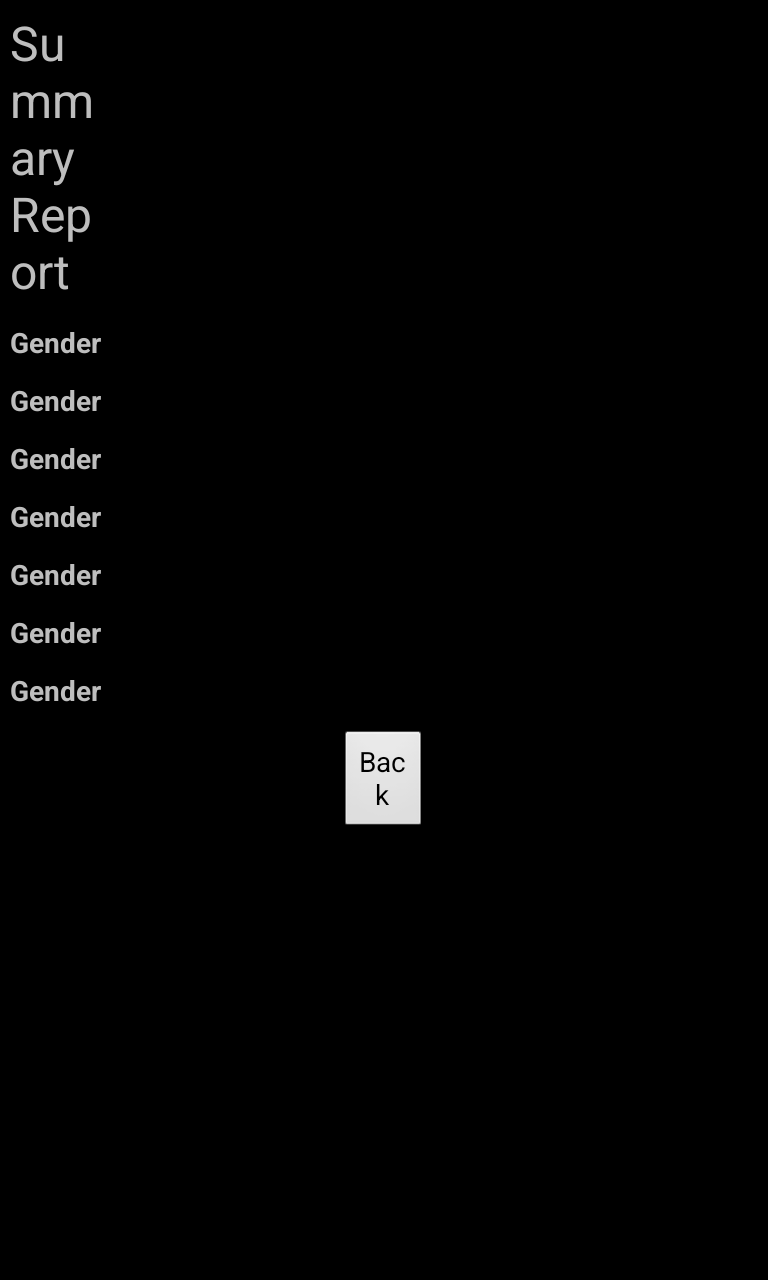
Repository: dillonyoung/CPD4493
Layout: TraCare/res/layout/report.xml
An editor plug-in stored every save of this project. The layout is shown before and after the next save, followed by the edit.
It is drawn on a 768 x 1280 px phone screen (xhdpi) without system bars, with theme android:Theme.Black; the app's code is not run.

Above is the layout before, as saved 2013-04-10 21:37:02.

After the next save:
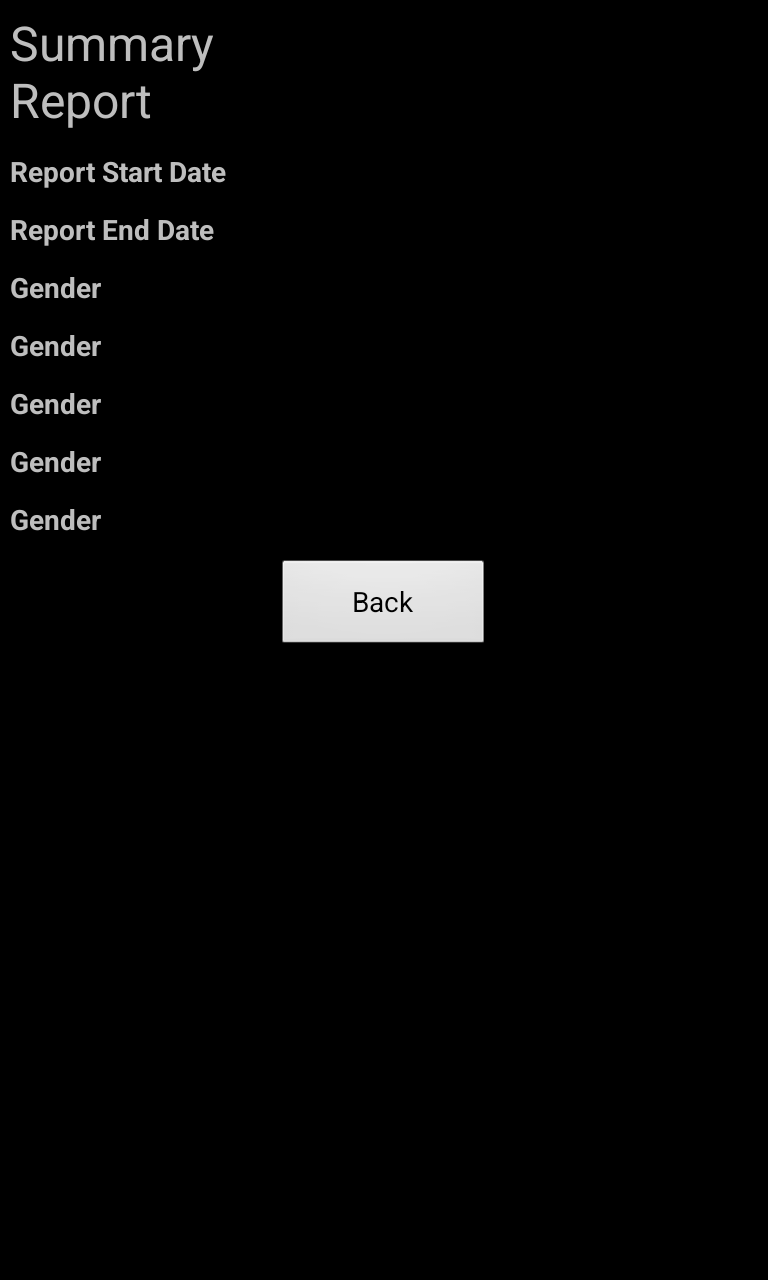
Saved 20 s later.
--- a/TraCare/res/layout/report.xml
+++ b/TraCare/res/layout/report.xml
@@ -34,7 +34,7 @@
                 android:id="@+id/textView2"
                 android:layout_width="wrap_content"
                 android:layout_height="wrap_content"
-                android:text="@string/gender"
+                android:text="@string/reportstart"
                 android:textStyle="bold" />
 
             <TextView
@@ -56,7 +56,7 @@
                 android:id="@+id/textView3"
                 android:layout_width="wrap_content"
                 android:layout_height="wrap_content"
-                android:text="@string/gender"
+                android:text="@string/reportend"
                 android:textStyle="bold" />
 
             <TextView
